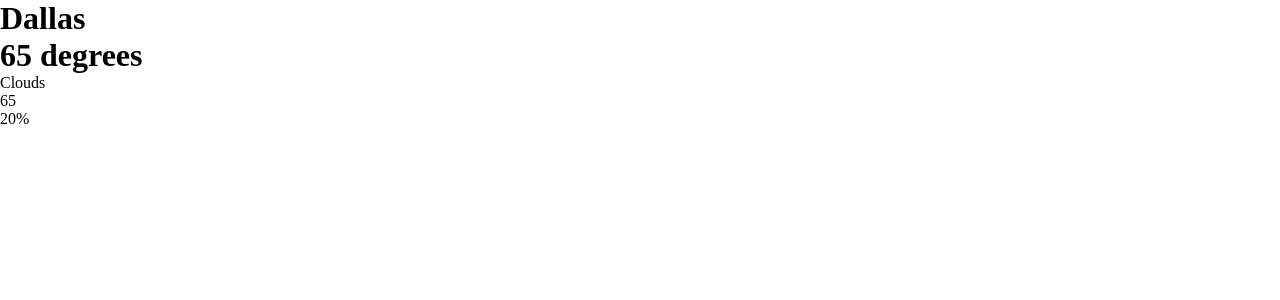
Repository: cakuang1/kanyequotes
Page: /
The author's editor kept a copy of each file at every save. The page is drawn from the files as they stood at one save, then again after the next save.
The browser window is 1280 px wide. The pictures show the whole page.
The project was rebuilt for these pictures with package versions that can differ from the ones it lists, and the page was loaded fresh each time.

Above is the page before, as saved 2022-07-16 15:13:46.

After the next save:
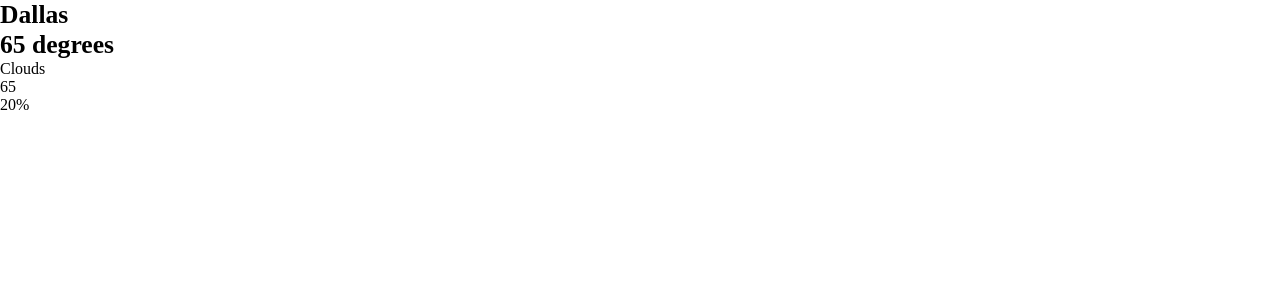
Saved 5 s later.
--- a/src/index.css
+++ b/src/index.css
@@ -7,5 +7,6 @@
 }
 
 h1 {
-    font-size:  ;
+    font-size: 1.6rem;
+
 }
